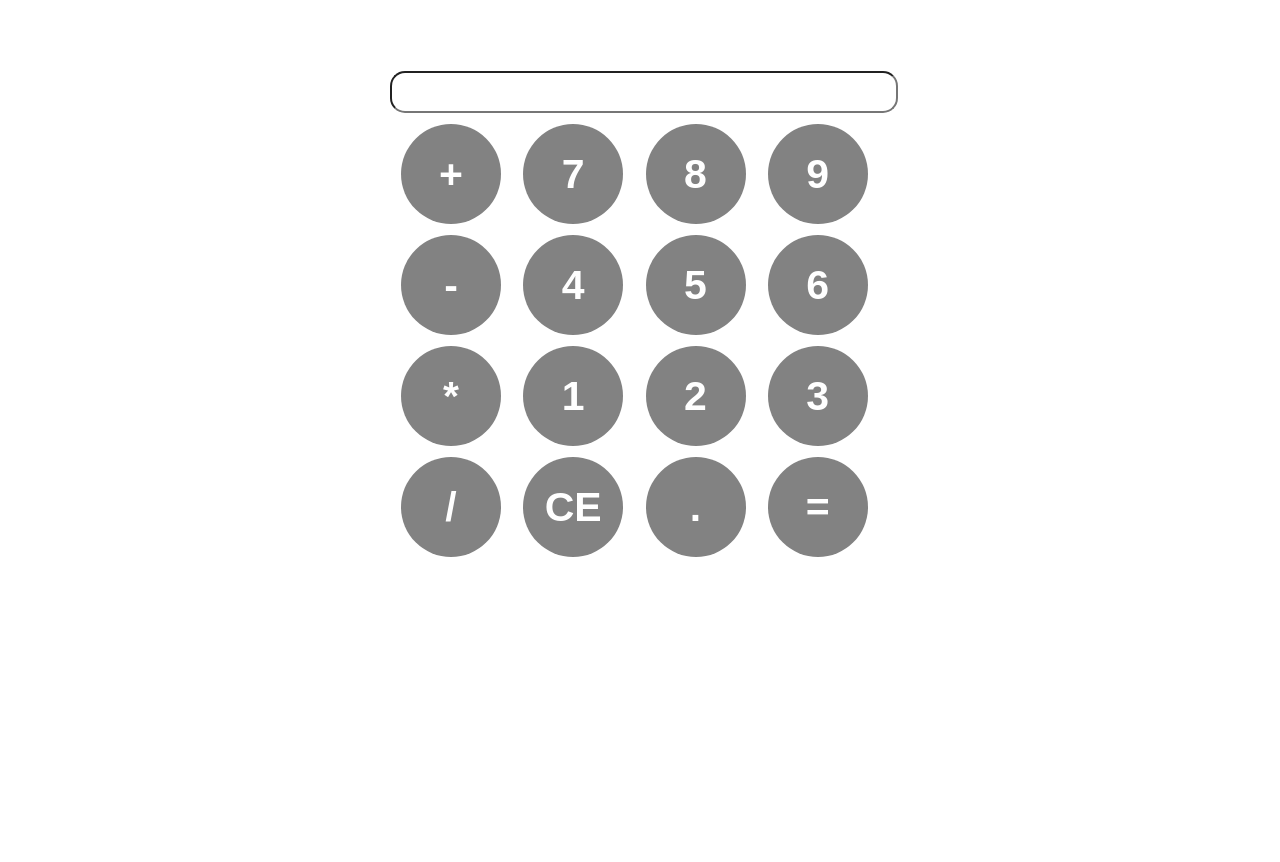
Repository: rkrukshan/JS-Calculator
Page: index.html
An editor plug-in stored every save of this project. The page is shown before and after the next save, followed by the edit.
The browser window is 1280 px wide. The pictures show the whole page.

Above is the page before, as saved 2024-09-02 13:42:51.

### index.html
<!DOCTYPE html>
<html lang="en">

<head>
    <meta charset="UTF-8">
    <meta name="viewport" content="width=device-width, initial-scale=1.0">
    <title>Document</title>
    <link rel="stylesheet" href="style.css">
</head>

<body>
    <div id="calculator">
        <input id="screen" readonly>
        <div id="buttons">

            <button onclick="appendScreen('+')">+</button>
            <button onclick="appendScreen('7')">7</button>
            <button onclick="appendScreen('8')">8</button>
            <button onclick="appendScreen('9')">9</button>
            <button onclick="appendScreen('-')">-</button>
            <button onclick="appendScreen('4')">4</button>
            <button onclick="appendScreen('5')">5</button>
            <button onclick="appendScreen('6')">6</button>
            <button onclick="appendScreen('*')">*</button>
            <button onclick="appendScreen('1')">1</button>
            <button onclick="appendScreen('2')">2</button>
            <button onclick="appendScreen('3')">3</button>
            <button onclick="appendScreen('/')">/</button>
            <button onclick="appendScreen('CE')">CE</button>
            <button onclick="appendScreen('.')">.</button>
            <button onclick="appendScreen('=')">=</button>

        </div>
    </div>
</body>

</html>

### style.css
#calculator {
  display: flexbox;
  align-items: center;
  height: 100vh;
  justify-content: center;
  border: none;
  max-width: 500px;
  margin: auto;
  padding: 5% 0;
}
#screen {
  width: 100%;
  height: 5%;
  color: white;
  border-radius: 15px;
}
#buttons {
  display: grid;
  grid-template-columns: repeat(4, 1fr);
  gap: 11px;
  padding: 11px;
}
button {
  width: 100px;
  height: 100px;
  border-radius: 50px;
  color: white;
  background-color: hsl(0, 0%, 51%);
  font-size: 41px;
  font-weight: bold;
  cursor: pointer;
  border: none;
}
button:active {
  background-color: hsl(0, 1%, 45%);
  box-shadow: 1px 1px 15px rgb(100, 206, 241);
}

After the next save:
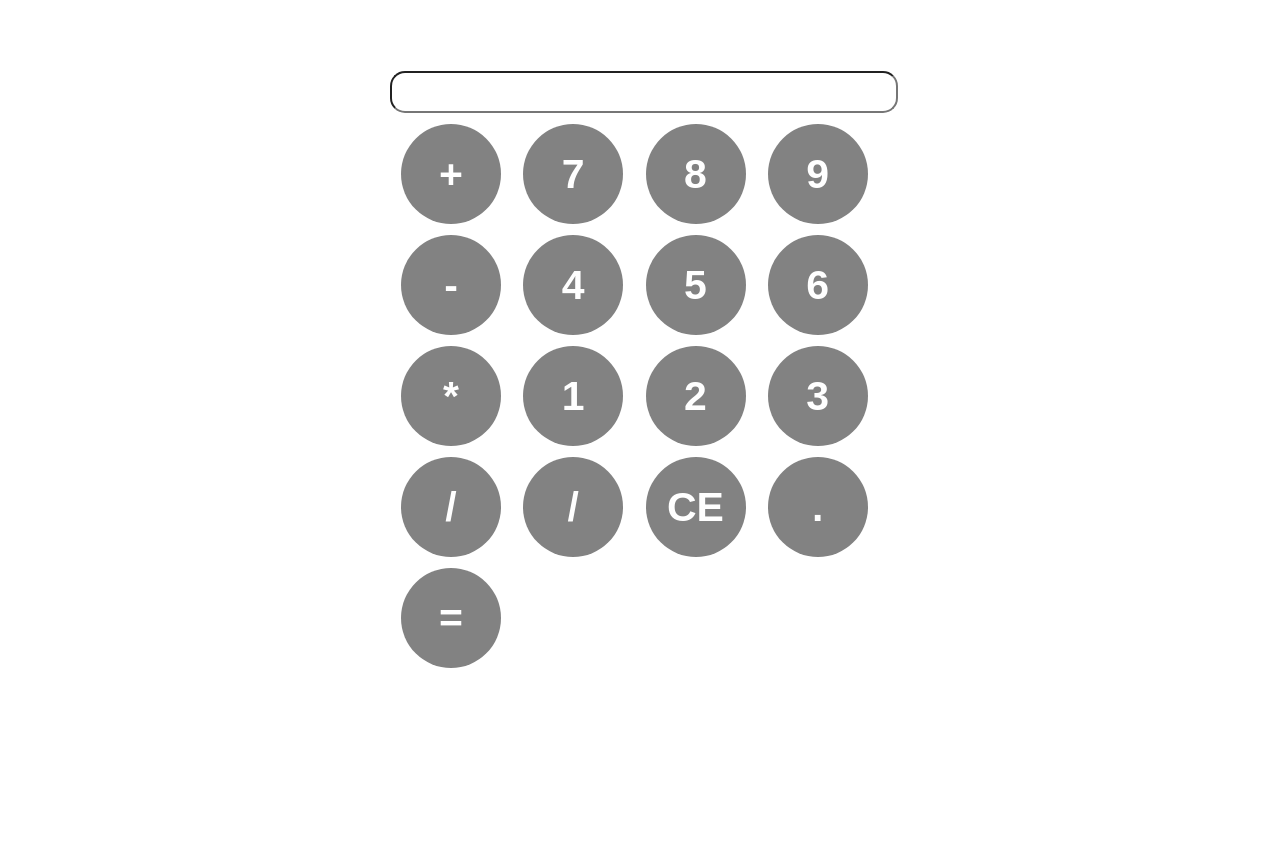
Saved 60 s later.
--- a/index.html
+++ b/index.html
@@ -26,6 +26,7 @@
             <button onclick="appendScreen('2')">2</button>
             <button onclick="appendScreen('3')">3</button>
             <button onclick="appendScreen('/')">/</button>
+            <button onclick="appendScreen('/')">/</button>
             <button onclick="appendScreen('CE')">CE</button>
             <button onclick="appendScreen('.')">.</button>
             <button onclick="appendScreen('=')">=</button>
